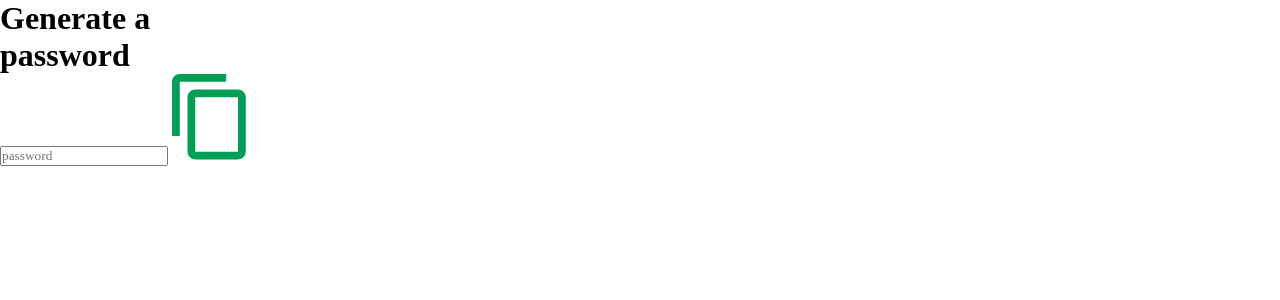
Repository: YAAMAR/password-generator
Page: Random password/index.html
An editor plug-in stored every save of this project. The page is shown before and after a run of saves, followed by the edit.
The browser window is 1280 px wide. The pictures show the whole page.

Above is the page before, as saved 2024-05-02 18:52:02.

### Random password/index.html
<!DOCTYPE html>
<html lang="en">
<head>
    <meta charset="UTF-8">
    <meta name="viewport" content="width=device-width, initial-scale=1.0">
    <title>Random Password Generator-Easy Tutorials</title>
    <link rel="stylesheet" href="style.css">
</head>
<body>
    <div class="container">

        <h1>Generate a <br>password</h1>
        <div class="display">

            <input type="text" id="password" placeholder="password">
            <img src="images/copy.png">
        </div>
    </div>
</body>
</html>

### Random password/style.css
*{
    margin: 0;
    padding: 0;
    font-family: 'poppins';
}

After the next 3 saves:
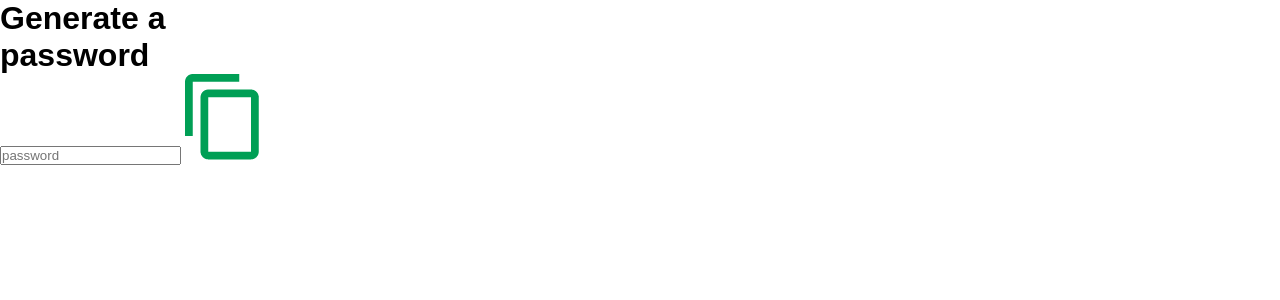
The 3 saves are shown as one change because they came seconds apart.
The last was saved 8 s later.
--- a/Random password/style.css
+++ b/Random password/style.css
@@ -1,5 +1,5 @@
 *{
     margin: 0;
     padding: 0;
-    font-family: 'poppins';
+    font-family: 'poppins',sans-serif;
 }
